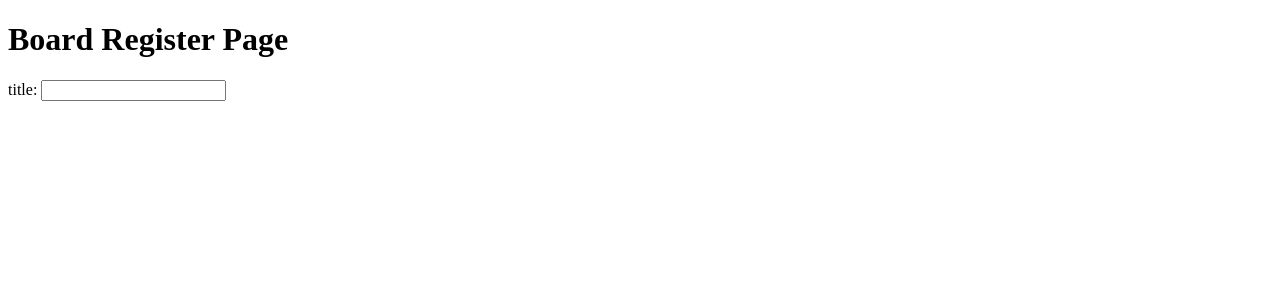
Repository: hwimi/2024-04-12-01
Page: http://localhost/jsp_study/board/register.jsp
The author's editor kept a copy of each file at every save. The page is drawn from the files as they stood at one save, then again after a run of saves.
The browser window is 1280 px wide. The pictures show the whole page.
The page is served by Tomcat 9. Other server files are loaded and not shown.

Above is the page before, as saved 2024-04-12 02:33:34.

### jsp_study/src/main/webapp/board/register.jsp
<%@ page language="java" contentType="text/html; charset=UTF-8"
	pageEncoding="UTF-8"%>
<!DOCTYPE html>
<html>
<head>
<meta charset="UTF-8">
<title>Insert title here</title>
</head>
<body>
	<h1>Board Register Page</h1>
	<form action="/brd/insert" method="post">
	title: <input type="text" name="title"><br>
	</form>
</body>
</html>

After the next 2 saves:
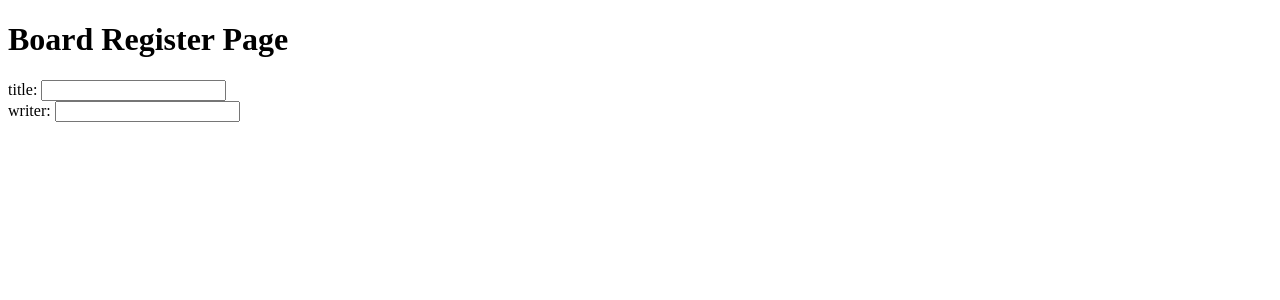
The 2 saves are shown as one change because they came seconds apart.
The last was saved 12 s later.
--- a/jsp_study/src/main/webapp/board/register.jsp
+++ b/jsp_study/src/main/webapp/board/register.jsp
@@ -10,6 +10,7 @@
 	<h1>Board Register Page</h1>
 	<form action="/brd/insert" method="post">
 	title: <input type="text" name="title"><br>
+	writer: <input type="text" name="title"><br>
 	</form>
 </body>
 </html>
